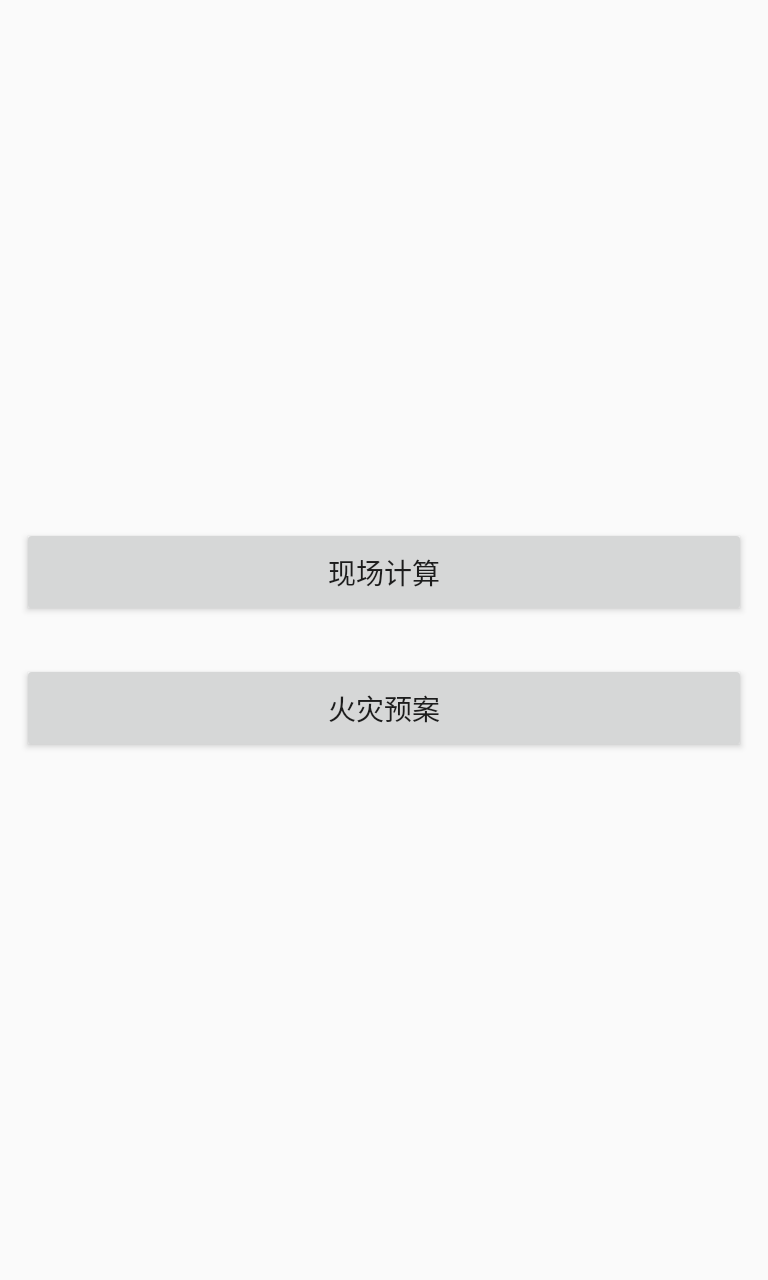
Repository: hohoTT/fireWork_handle_app
Layout: fireWork_handle_app/res/layout/activity_main.xml
An editor plug-in stored every save of this project. The layout is shown before and after the next save, followed by the edit.
It is drawn on a 768 x 1280 px phone screen (xhdpi) without system bars, with theme AppTheme; the app's code is not run.

Above is the layout before, as saved 2016-03-02 02:54:07.

After the next save:
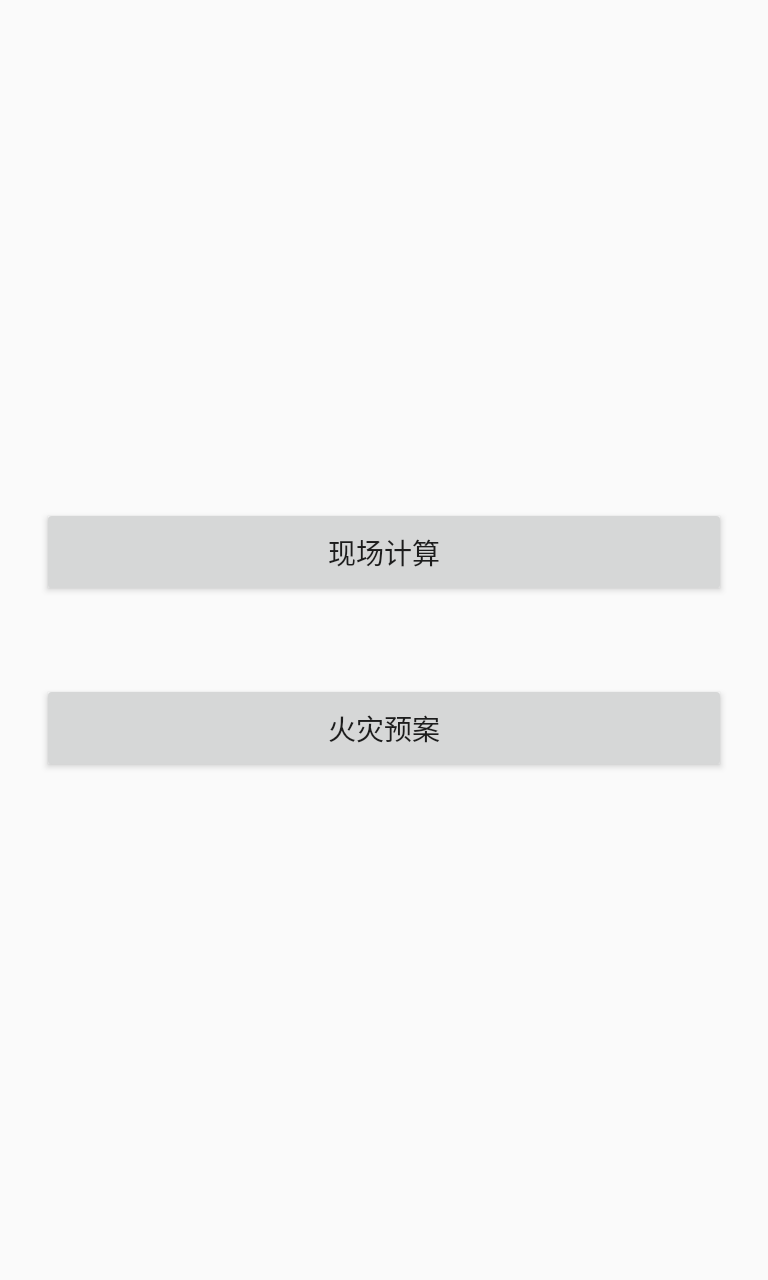
Saved 10 s later.
--- a/fireWork_handle_app/res/layout/activity_main.xml
+++ b/fireWork_handle_app/res/layout/activity_main.xml
@@ -9,14 +9,14 @@
 	    android:id="@+id/btu_fire_calculate"
 	    android:layout_width="match_parent"
 	    android:layout_height="wrap_content"
-	    android:layout_margin="10dp"
+	    android:layout_margin="20dp"
 	    android:text="@string/btu_fire_calculate" />
 
 	<Button
 	    android:id="@+id/btu_fire_plan"
 	    android:layout_width="match_parent"
 	    android:layout_height="wrap_content"
-	    android:layout_margin="10dp"
+	    android:layout_margin="20dp"
 	    android:text="@string/btu_fire_plan" />
 
 
